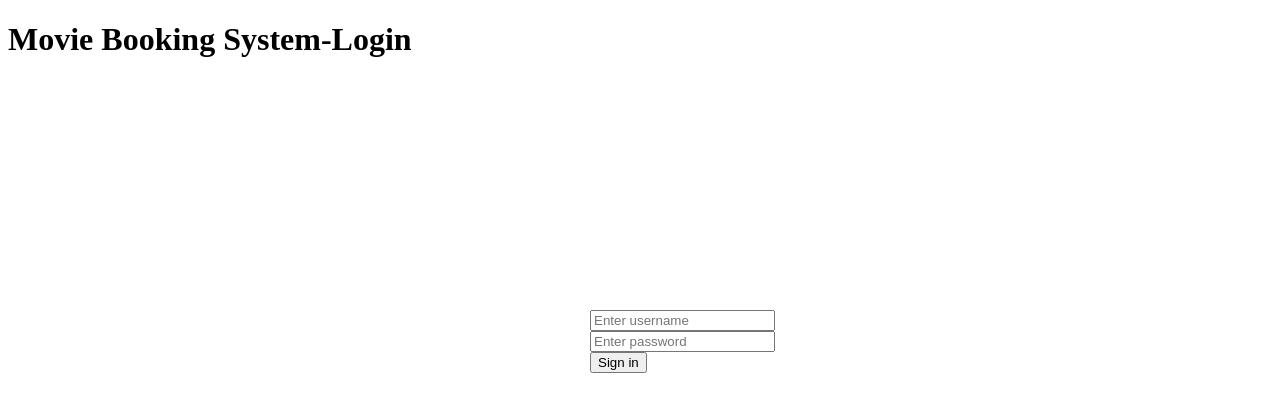
Repository: shesha1096/Java-Programs
Page: http://localhost/MovieTicketBooking/ms
The author's editor kept a copy of each file at every save. The page is drawn from the files as they stood at one save, then again after the next save.
The browser window is 1280 px wide. The pictures show the whole page.
The page is served by Tomcat 9. Other server files are loaded and not shown.

Above is the page before, as saved 2018-07-21 06:51:22.

### MovieTicketBooking/WebContent/login.jsp
<%@ page language="java" contentType="text/html; charset=ISO-8859-1"
    pageEncoding="ISO-8859-1"%>
<!DOCTYPE html PUBLIC "-//W3C//DTD HTML 4.01 Transitional//EN" "http://www.w3.org/TR/html4/loose.dtd">
<html>
<head>
<meta http-equiv="Content-Type" content="text/html; charset=ISO-8859-1">
<title>Login</title>
<style>
#loginform
{
position: absolute;
  margin: auto;
  top: 0;
  right: 0;
  bottom: 0;
  left: 0;
  width: 100px;
  height: 100px;
  border-radius: 3px;
}
</style>
</head>
<body>
<h1 style="align:center"> Movie Booking System-Login</h1>
<form action="ms" id="loginform">
<input type="text" placeholder="Enter username"/><br/>
<input type="password" placeholder="Enter password"/><br/>
<input type="submit" name="action" value="Sign in"/>
</form>
</body>
</html>

### MovieTicketBooking/src/com/servlets/MovieServlet.java
package com.servlets;

import java.io.IOException;
import javax.servlet.ServletException;
import javax.servlet.annotation.WebServlet;
import javax.servlet.http.HttpServlet;
import javax.servlet.http.HttpServletRequest;
import javax.servlet.http.HttpServletResponse;
import javax.servlet.http.HttpSession;

/**
 * Servlet implementation class MovieServlet
 */
@WebServlet("/MovieServlet")
public class MovieServlet extends HttpServlet {
	private static final long serialVersionUID = 1L;

    /**
     * @see HttpServlet#HttpServlet()
     */
    public MovieServlet() {
        super();
        // TODO Auto-generated constructor stub
    }


	@Override
	public void init() throws ServletException {
		// TODO Auto-generated method stub
		super.init();

	}


	/**
	 * @see HttpServlet#doGet(HttpServletRequest request, HttpServletResponse response)
	 */
	protected void doGet(HttpServletRequest request, HttpServletResponse response) throws ServletException, IOException {
		// TODO Auto-generated method stub
		HttpSession session = request.getSession(true);
		request.getRequestDispatcher("login.jsp").forward(request, response);;

	}

	/**
	 * @see HttpServlet#doPost(HttpServletRequest request, HttpServletResponse response)
	 */
	protected void doPost(HttpServletRequest request, HttpServletResponse response) throws ServletException, IOException {
		// TODO Auto-generated method stub
		doGet(request, response);
	}

}

After the next save:
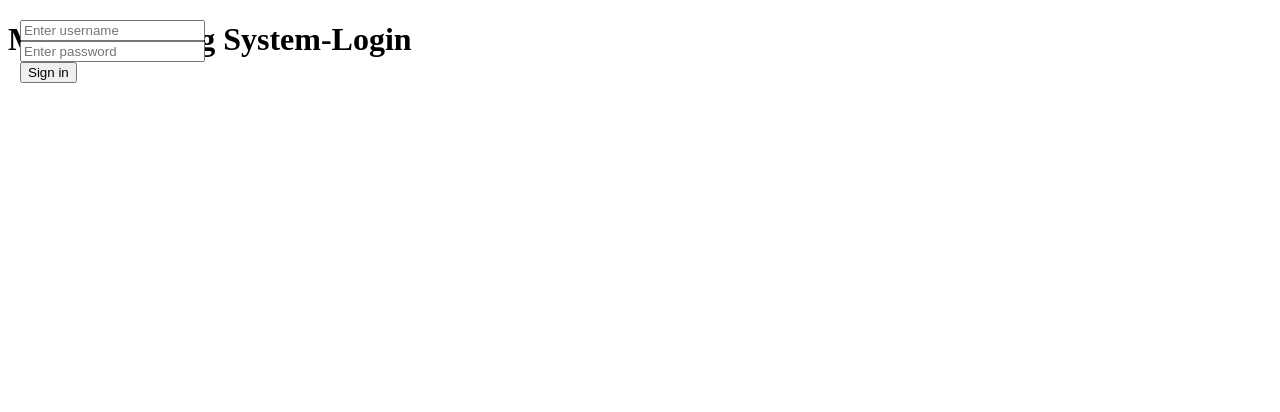
Saved 22 s later.
--- a/MovieTicketBooking/WebContent/login.jsp
+++ b/MovieTicketBooking/WebContent/login.jsp
@@ -9,7 +9,7 @@
 #loginform
 {
 position: absolute;
-  margin: auto;
+  margin: 20px;
   top: 0;
   right: 0;
   bottom: 0;

After the save that followed:
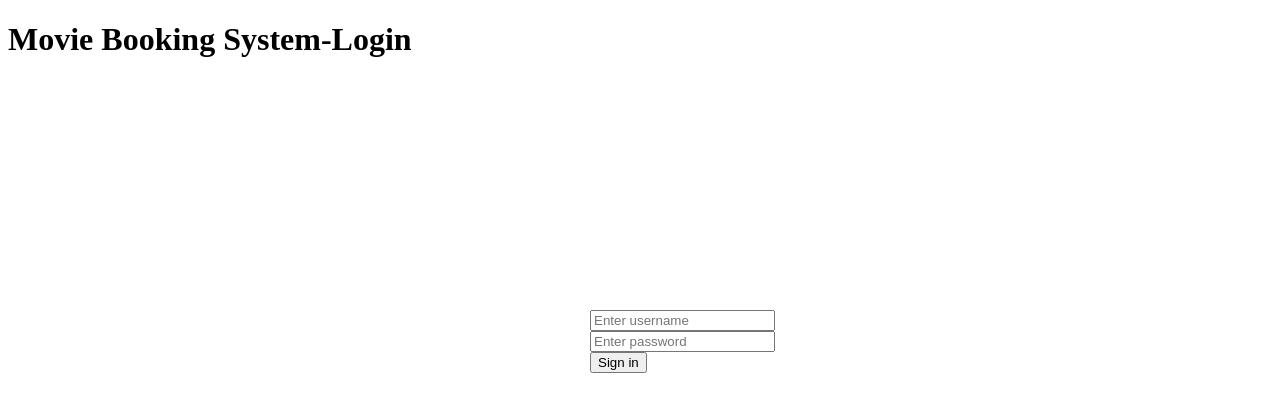
Saved 8 s later.
--- a/MovieTicketBooking/WebContent/login.jsp
+++ b/MovieTicketBooking/WebContent/login.jsp
@@ -9,7 +9,7 @@
 #loginform
 {
 position: absolute;
-  margin: 20px;
+  margin: auto;
   top: 0;
   right: 0;
   bottom: 0;
